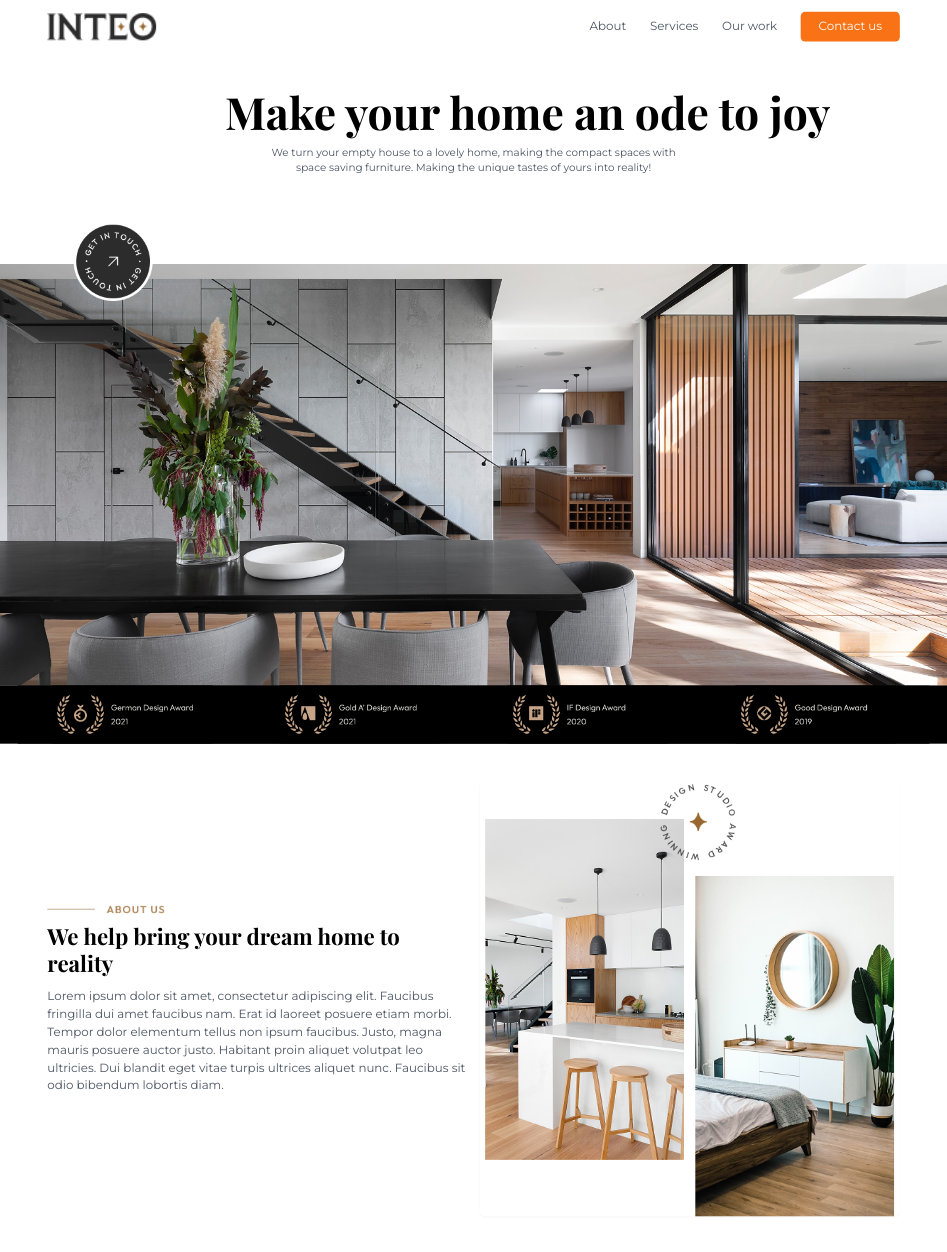
Repository: CatherinneJ/responsive-tailwind-website
Page: tailwind.html
The author's editor kept a copy of each file at every save. The page is drawn from the files as they stood at one save, then again after the next save.
The browser window is 1280 px wide. The pictures show the whole page, at 74% of full size.
Some web libraries are served in a nearby version.

Above is the page before, as saved 2025-05-21 19:33:11.

### tailwind.html
<!DOCTYPE html>
<html lang="en">

<head>
    <meta charset="UTF-8">
    <meta name="viewport" content="width=device-width, initial-scale=1.0">
    <title>NTEO - Make your home an ode to joy</title>
    <script src="https://cdn.tailwindcss.com"></script>
    <link
        href="https://fonts.googleapis.com/css2?family=Playfair+Display:wght@400;700&family=Montserrat:wght@300;400;500;600&display=swap"
        rel="stylesheet">
    <style>
        .font-playfair {
            font-family: 'Playfair Display', serif;
        }

        body {
            font-family: 'Montserrat', sans-serif;
        }
    </style>
</head>

<body class="bg-white">
    <header class="py-3 px-4 sm:py-4 sm:px-6 lg:px-16">
        <nav class="flex justify-between items-center">
            <img src="./Assets/Logo.png" alt="logo" class="h-8 sm:h-10">
            <ul class="flex space-x-4 sm:space-x-6 md:space-x-8 items-center">
                <li class="hidden sm:inline-block text-gray-600 hover:text-black text-sm sm:text-base">About</li>
                <li class="hidden sm:inline-block text-gray-600 hover:text-black text-sm sm:text-base">Services</li>
                <li class="hidden md:inline-block text-gray-600 hover:text-black text-sm sm:text-base">Our work</li>
                <li
                    class="bg-orange-500 text-white px-4 py-1 sm:px-6 sm:py-2 rounded-md hover:bg-orange-600 text-sm sm:text-base">
                    Contact us</li>
            </ul>
        </nav>
    </header>
    <section
        class="flex flex-col items-center justify-center px-4 sm:px-6 lg:px-16 pt-6 pb-3 sm:pt-8 sm:pb-4 md:pt-12 md:pb-8 text-center">
        <h1
            class="text-3xl sm:text-4xl md:text-5xl lg:text-6xl font-bold whitespace-normal sm:whitespace-nowrap font-playfair mb-3 sm:mb-4 max-w-2xl">
            Make your home an ode to joy
        </h1>

        <p class="text-base sm:text-lg md:text-sm text-gray-600 mb-6 sm:mb-8 max-w-md sm:max-w-xl">
            We turn your empty house to a lovely home, making the compact spaces with space saving furniture. Making the
            unique tastes of yours into reality!
        </p>
    </section>

    <section class="mt-0">
        <img src="./Assets/Creative.png" class="w-full sm:whitespace-wrap" alt="Creative">
    </section>

    <section id="awards" class=" bg-black mt-0 sm:px-6">
        <div class="grid grid-cols-1 md:grid-cols-2 bg-black lg:grid-cols-4 gap-4 px-2 bg-black">

            <img src="./Assets/Awards1.png" class="w-2/3 sm:w-2/3 md:w-3/5 lg:w-3/4 mx-auto bg-black p-2 rounded-sm "
                alt="award1">
            <img src="./Assets/Awards 2.png" class="w-2/3 sm:w-2/3 md:w-3/5 lg:w-3/4 mx-auto bg-black p-2 rounded-sm"
                alt="award2">
            <img src="./Assets/Awards 3.png" class="w-2/3 sm:w-2/3 md:w-3/5 lg:w-3/4 mx-auto bg-black p-2 rounded-sm"
                alt="award3">
            <img src="./Assets/Awards 4.png" class="w-2/3 sm:w-2/2 md:w-3/5 lg:w-3/4 mx-auto bg-black p-2 rounded-sm"
                alt="award4">

        </div>
    </section>

    <section class="flex flex-col md:flex-row items-center gap-3 sm:gap-4 px-4 sm:px-6 lg:px-16 py-6 sm:py-8 md:py-12">
        <div class="md:w-1/2 order-2 md:order-1 mt-4 md:mt-0">

            <img src="./Assets/Eyebrow.png" class="mb-2 h-6 sm:h-4 md:h-5" alt="About us">

            <h2 class="text-xl sm:text-2xl md:text-3xl font-playfair font-bold mb-3 sm:mb-4">
                We help bring your dream home to reality
            </h2>
            <p class="text-gray-600 text-sm sm:text-base">
                Lorem ipsum dolor sit amet, consectetur adipiscing elit. Faucibus fringilla dui amet faucibus nam. Erat
                id laoreet posuere etiam morbi. Tempor dolor elementum tellus non ipsum faucibus. Justo, magna mauris
                posuere auctor justo. Habitant proin aliquet volutpat leo ultricies. Dui blandit eget vitae turpis
                ultrices aliquet nunc. Faucibus sit odio bibendum lobortis diam.
            </p>
        </div>
        <div class="md:w-1/2 order-1 md:order-2">
            <img src="./Assets/Section.png" alt="Home design" class="w-full rounded-lg shadow-sm">
        </div>
    </section>
</body>

</html>

After the next save:
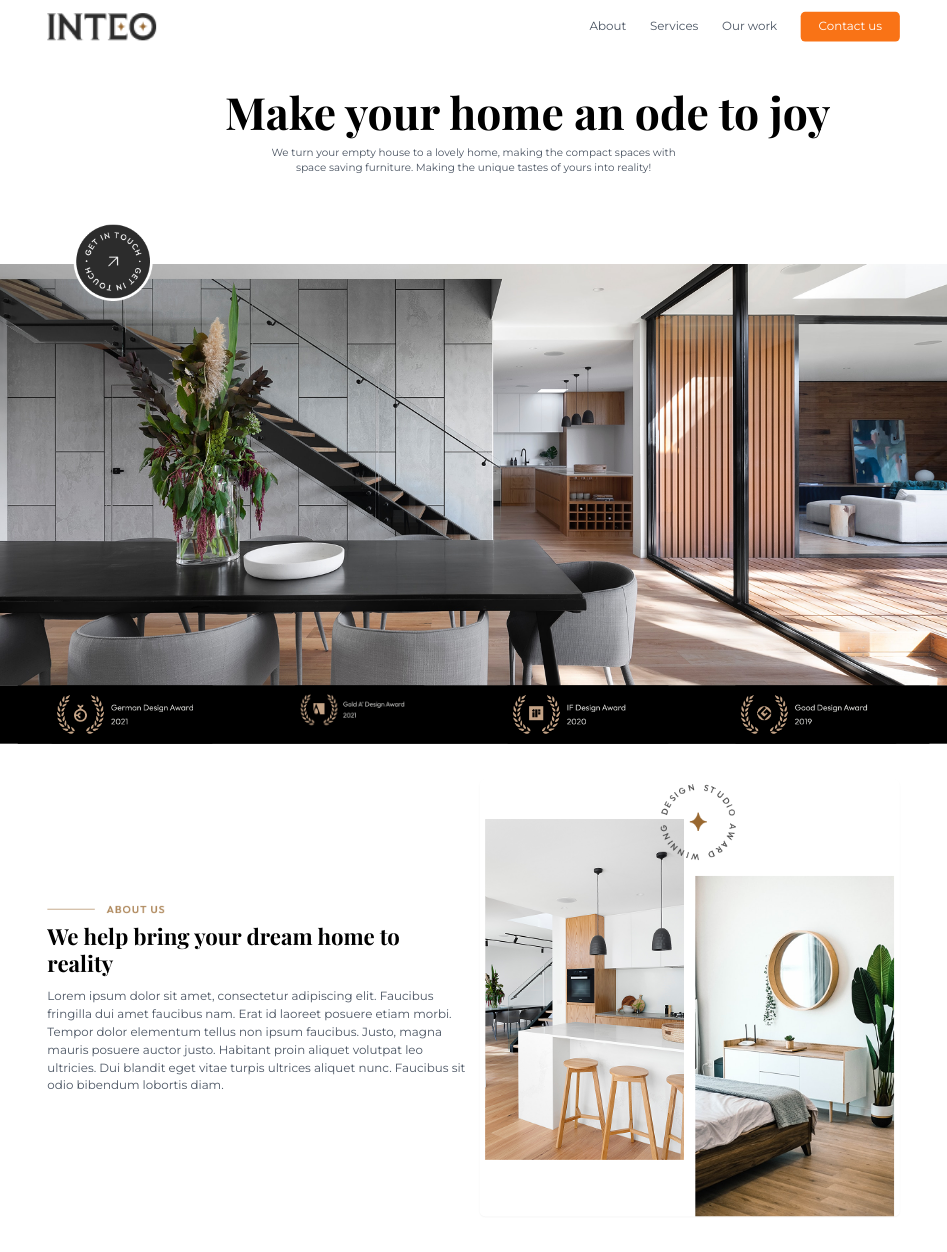
Saved 13 s later.
--- a/tailwind.html
+++ b/tailwind.html
@@ -56,7 +56,7 @@
 
             <img src="./Assets/Awards1.png" class="w-2/3 sm:w-2/3 md:w-3/5 lg:w-3/4 mx-auto bg-black p-2 rounded-sm "
                 alt="award1">
-            <img src="./Assets/Awards 2.png" class="w-2/3 sm:w-2/3 md:w-3/5 lg:w-3/4 mx-auto bg-black p-2 rounded-sm"
+            <img src="./Assets/Awards 2.png" class="w-2/3 sm:w-2/3 md:w-3/5 lg:w-4/4 mx-auto bg-black p-2 rounded-sm"
                 alt="award2">
             <img src="./Assets/Awards 3.png" class="w-2/3 sm:w-2/3 md:w-3/5 lg:w-3/4 mx-auto bg-black p-2 rounded-sm"
                 alt="award3">
